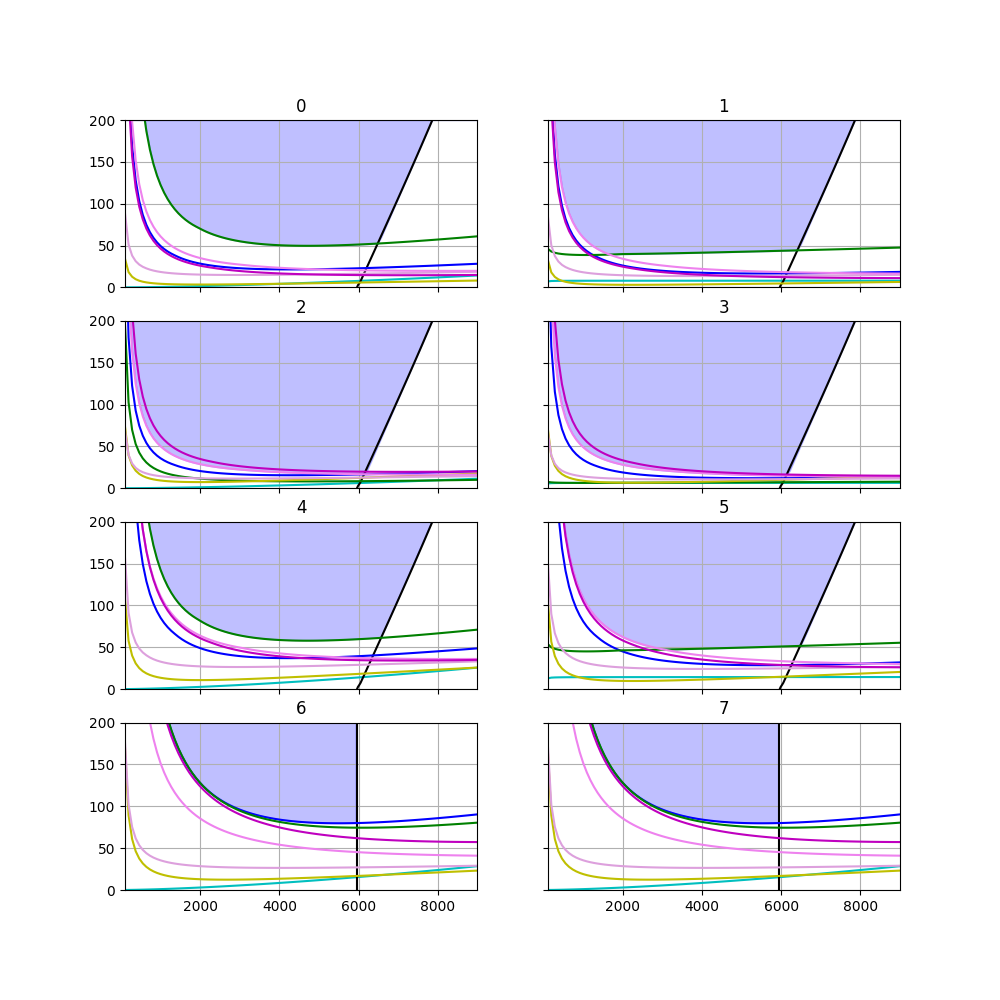
Repository: 12libao/DEA
Script's output: python Sizing_Method/ConstrainsAnalysis/ConstrainsAnalysisPDP1P2.py
These files come from the project's save history. The script's output is drawn as it stood at one moment and after the next save; the edit follows.
Random numbers start from a fixed seed.

Above is the script's output before, as saved 2021-07-12 16:06:39.

After the next save:
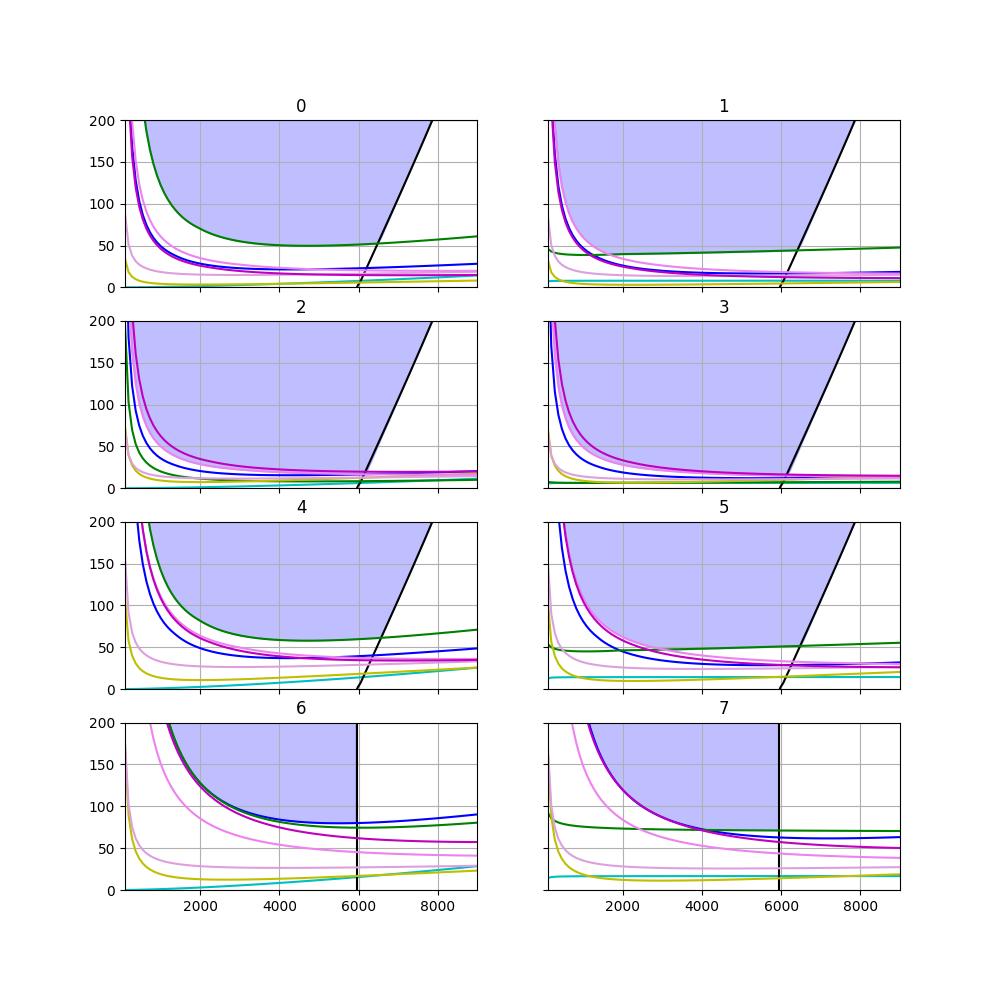
Saved 23 s later.
--- a/Sizing_Method/ConstrainsAnalysis/ConstrainsAnalysisPDP1P2.py
+++ b/Sizing_Method/ConstrainsAnalysis/ConstrainsAnalysisPDP1P2.py
@@ -500,7 +500,7 @@ if __name__ == "__main__":
                ConstrainsAnalysis_Mattingly_Method_with_DP_turbofun,
                ConstrainsAnalysis_Gudmundsson_Method_with_DP_turbofun,
                ConstrainsAnalysis_Mattingly_Method_with_DP_turbofun,
-               ConstrainsAnalysis_Mattingly_Method_with_DP_turbofun]
+               ConstrainsAnalysis_Gudmundsson_Method_with_DP_turbofun]
     subtitle = ["0", "1",'2','3','4','5','6','7']
     m = constrains.shape[0]
     p_w = np.zeros([m, n, 8])
